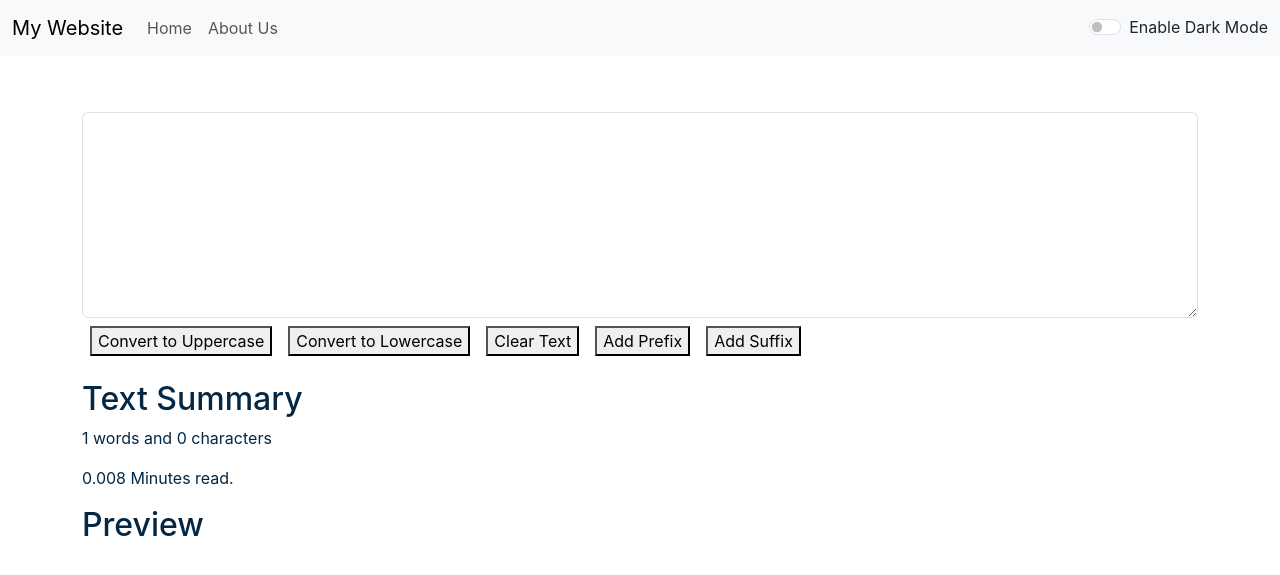
Repository: WajihaGul/Reactjs
Page: /
These files come from the project's save history. The page is drawn as it stood at one moment and after the next save; the edit follows.
The browser window is 1280 px wide. The pictures show the whole page.
The project was rebuilt for these pictures with package versions that can differ from the ones it lists, and the page was loaded fresh each time. Also part of the build but not shown: src/App.css.

Above is the page before, as saved 2024-02-08 09:46:01.

After the next save:
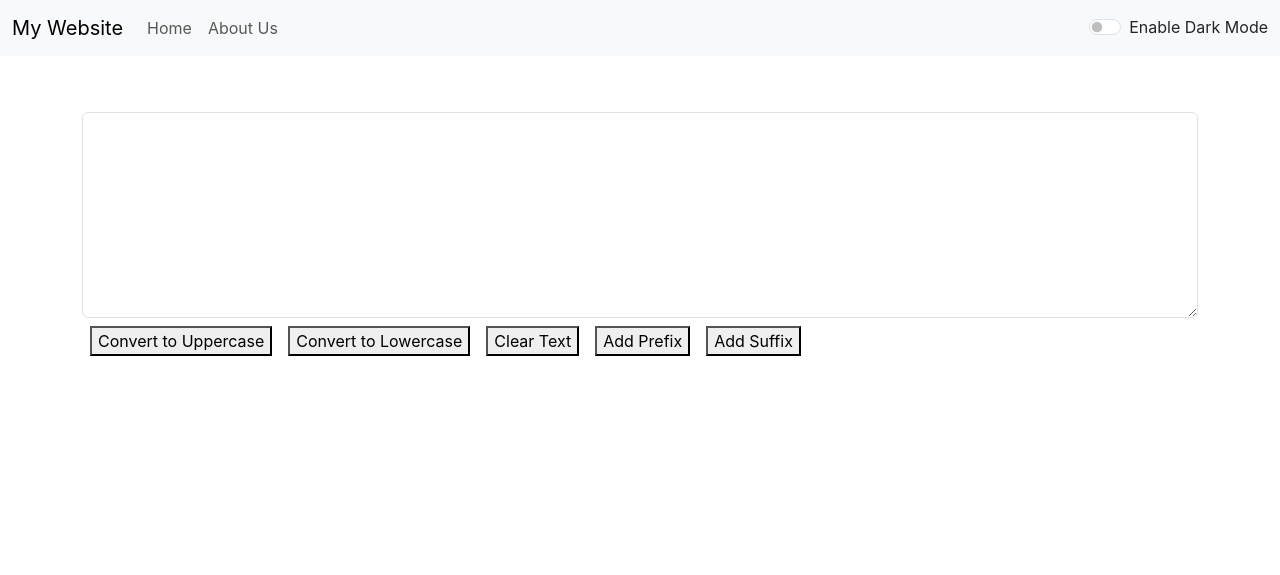
Saved 35 s later.
--- a/src/Components/TextArea.js
+++ b/src/Components/TextArea.js
@@ -43,7 +43,7 @@ export default function TextArea(props) {
                 <button className="btn4 mx-2 " onClick={prefixText}>Add Prefix</button>
                 <button className="btn5 mx-2 " onClick={suffixText}>Add Suffix</button>
             </div>
-            <div className="container my-3" style={{ color: props.mode === 'dark' ? 'white' : '#042743' }}>
+            <div className="container my-3" style={{ color: props.mode === 'light' ? 'black' : 'white' }}>
                 <h2>Text Summary</h2>
                 <p>{text.split(' ').length} words and {text.length} characters</p>
                 <p>{(0.008 * text.split(' ').length)} Minutes read.</p>
